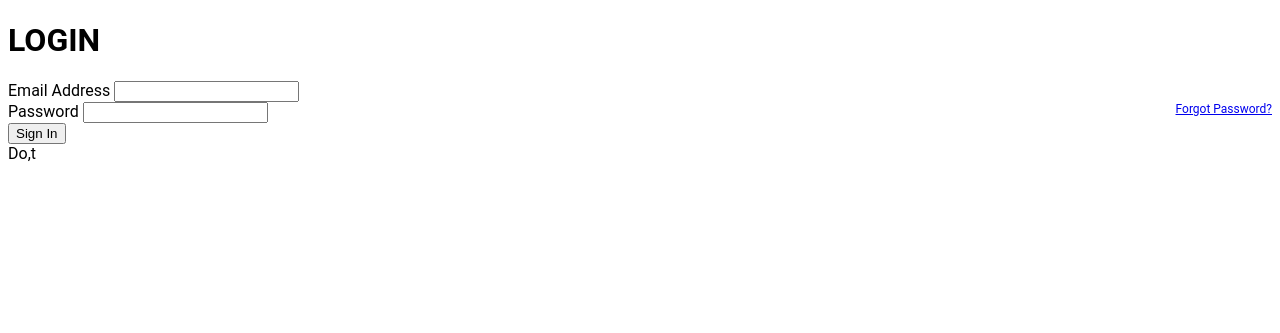
Repository: zjria/Bootstrap_logIn_1
Page: LoginPage/index.html
An editor plug-in stored every save of this project. The page is shown before and after the next save, followed by the edit.
The browser window is 1280 px wide. The pictures show the whole page.

Above is the page before, as saved 2022-06-13 07:20:44.

After the next save:
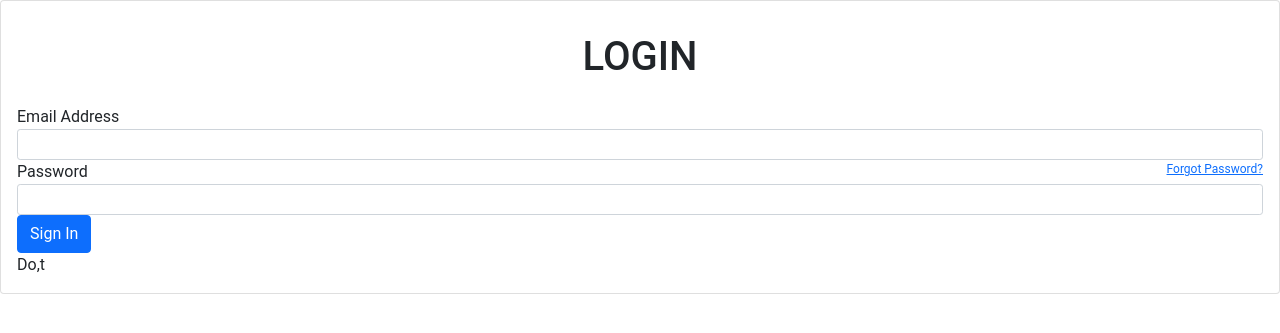
Saved 2 min 8 s later.
--- a/LoginPage/index.html
+++ b/LoginPage/index.html
@@ -7,7 +7,9 @@
     <title>LogIn Page</title>
 
     <!-- Bootstrap CDN Link -->
-    <link rel="stylesheet" href="https://cdnjs.cloudflare.com/ajax/libs/bootstrap/5.2.0-beta1/js/bootstrap.min.js">
+    <!-- <link rel="stylesheet" href="https://cdnjs.cloudflare.com/ajax/libs/bootstrap/5.2.0-beta1/js/bootstrap.min.js"> -->
+
+    <link href="https://cdn.jsdelivr.net/npm/bootstrap@5.0.2/dist/css/bootstrap.min.css" rel="stylesheet" integrity="sha384-EVSTQN3/azprG1Anm3QDgpJLIm9Nao0Yz1ztcQTwFspd3yD65VohhpuuCOmLASjC" crossorigin="anonymous">
 
     <!-- Google Font -->
     <link rel="preconnect" href="https://fonts.googleapis.com">
